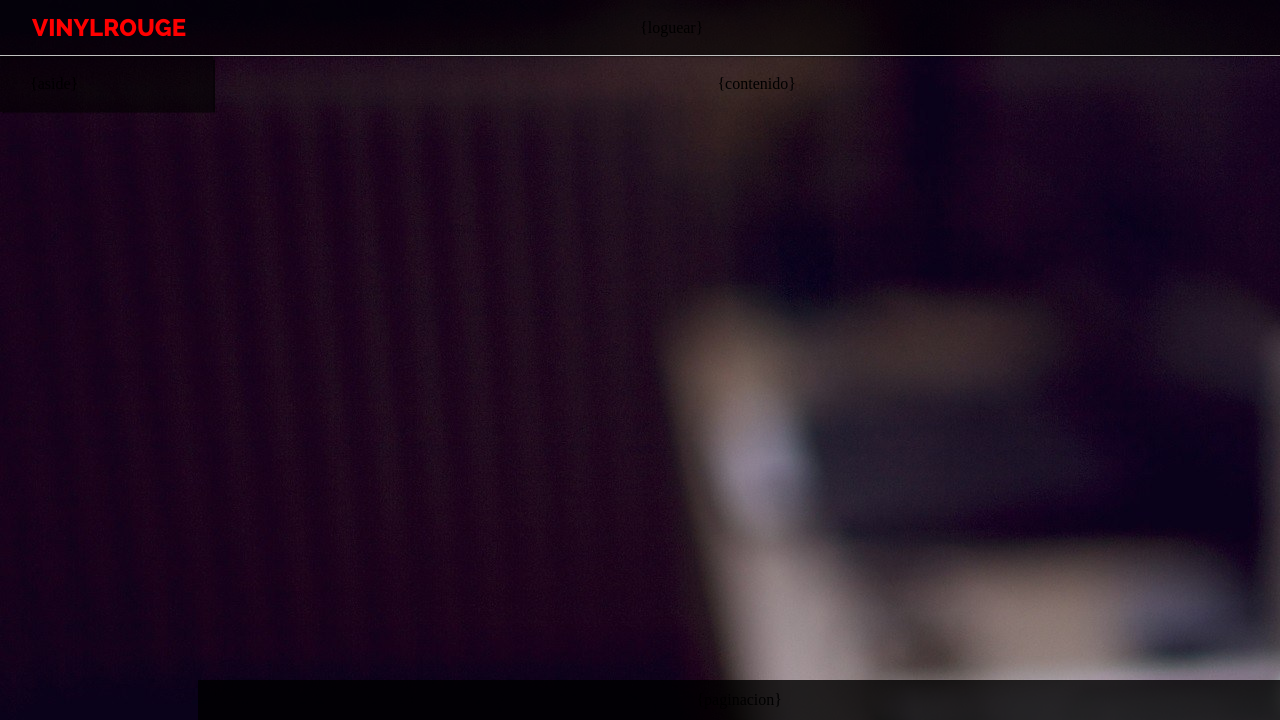
Repository: Miguelfdez79/discos
Page: workspace/template/html/index.html
The author's editor kept a record of every edit. The page is drawn from the files as they stood at one moment, then again after the next edit.
The browser window is 1280 px wide. The pictures show the whole page.
Some web libraries are served in a nearby version.

Above is the page before.

### workspace/template/html/index.html
<DOCTYPE html>
<html lang="es">
<head>
    <meta charset="UTF-8" />
    <title>VinylRouge</title>
    <link rel="stylesheet" href="/template/css/style.css"/>
    <link rel="stylesheet" href="/template/css/reset.css"/>

    <script src="//code.jquery.com/jquery-1.11.2.min.js"></script>
    <script src="/template/js/javascript.js" defer></script>
    <script src="/template/js/jquery.js" defer></script>
    <script src="/template/js/background_changer.js" defer></script>
</head>

<body>
    <div class="container">
        <div class="menu_logueo">
            <div class="left">
                 <a href="/index.php"><h1 id="nombreempresa">VINYL<span id="spanlogo">ROUGE</span></h1></a>
            </div>
             <div class="right">
                 {loguear}
             </div>
        </div>
        <div class="contenedor-datos">
            <div class="menu_aside">
                <div class="container_aside">
                    {aside}
                </div>
            </div>

            <div class="row">

                <div class="contenido">
                    {contenido}
                </div>

                <div class="menu_pie">
                    {paginacion}
                </div>
            </div>
        </div>
    </div>
</body>
<html>

### workspace/template/css/style.css
html{
    width: 100%;
    height: 100%;
}

body{
    width: 100%;
    height: 100%;
    min-width: 320px;
    background-image: url("../img/appbackground.jpg");
    background-repeat: no-repeat;
    background-position: center center;
    background-size: cover;
}

.container{
    width: 100%;
    height: auto;
    min-width: 320px;

    display: flex;
    flex-direction: column;
    justify-content: flex-start;
}

.contenedor-datos{
    width: 100%;
    height: auto;
    min-width: 320px;
    display: flex;
    flex-direction: row;
    justify-content: flex-start;
}


a{
    text-decoration: none;
    color: black;
}

li{
    text-decoration: none;
}


.menu_aside{
    display: flex;
    background-color:rgba(0, 0, 0, 0.6);
    box-shadow: 1.5px 1px 1px 0px rgba(0,0,0,0.75);
    flex: 0 1 20%;
    flex-direction: column;
}

logoname{

}

.row{
    width: 100%;
    display: flex;
    flex-direction: column;
}

.contenido{
    display: flex;
    margin-top: 20px;
    margin-left: 20px;
    height: auto;
    justify-content: space-around;
    align-items: flex-start;
    flex-wrap: wrap;
    height:100%;
}

.container_form{
    text-align: center;
    width: 45%;
    padding: 15px;
    background-color: rgba(0, 0, 0, 0.6);
    border: 1px solid rgba(255, 255, 255, 0.4);
    border-radius: 3px;
}

.menu_pie{
    display: flex;
    height: 10%;
    justify-content: center;
    align-items: center;
    position:fixed;
   right:0px;
   bottom:0px;
   height:40px;
   width:84.5%;
   background-color: rgba(0, 0, 0, 0.8);
}



.container_aside{
    margin: 20px 30px 20px 30px;
}

.aside_usuario{
    margin: 10px 0px 20px;
}

.aside_usuario li{
    padding: 10px 0px;
}

.aside_usuario a{
    font-family: 'Satellite';
    color: white;
    font-size: 1.4em;
}

.aside_disco{
    margin: 20px 0px;
}

.aside_disco_links li{
    padding: 10px 0px;
}

.aside_disco_links a{
    font-family: 'Satellite';
    color: white;
    font-size: 1.2em;
    -webkit-transition: all 0.4s ease;
     transition: all 0.4s ease;
}

.aside_disco_links a:hover{
    color: red;
    -webkit-transition: all 0.4s ease;
     transition: all 0.4s ease;
}

.menu_logueo{
    height: 55px;
    align-items:center;
    justify-content: flex-end;
    display: flex;
    background-color: rgba(0, 0, 0, 0.6);
    box-shadow: 1.5px 1px 1px 0px rgba(0,0,0,0.75);
    flex-direction: row;
    border-bottom: 1px solid silver;
}

.aside_logo{
    margin: 0px 0px 20px 0px;
}

.aside_cerrarsesion a{
    font-family: 'Satellite';
    color: white;
    font-size: 1.4em;
}


.left{
    justify-content:center;
    width: 50%;
    align-items: flex-start;
}

.right{
    justify-content:center;
    width: 50%;
     align-items: flex-end;
}

.left a{
   font-family: Raleway5;
    color: red;
    font-size: 1.5em;
}


.right ul{
    float: right;
    margin-right: 5%;
}

.right a{
   font-family: Raleway2;
    color: #fff;
    font-size: 1.2em;
    -webkit-transition: all 0.4s ease;
     transition: all 0.4s ease;
}

.right a:hover{
    font-family: Raleway;
    color: red;
    font-size: 1.2em;
    -webkit-transition: all 0.8s ease;
    transition: all 0.8s ease;
}

#nombreempresa{
    margin-left: 5%;
}

hr{
    color: silver !important;
    background-color: silver !important;
    height: 1px !important;
}

.aside_disco_buscador{
    margin: 20px 0px;
}

.buscar{
    padding: 5px;
    width: 100%;
    height: 28px;
    border-radius: 2px;
    background-color: transparent;
    color: red;
    border: 1px solid silver;
}

.buscar_submit{
    width: 100%;
    height: 28px;
    font-family: 'Satellite', sans-seri;
    font-size: 1.1em;
    margin: 8px 0px;
    border: none;
    color: red;
    border:1px solid #151617;

    text-shadow: -1px -1px 0 rgba(0,0,0,0.3);
    background-color: #45484d; background-image: -webkit-gradient(linear, left top, left bottom, from(#45484d), to(#000000));
    background-image: -webkit-linear-gradient(top, #45484d, #000000);
    background-image: -moz-linear-gradient(top, #45484d, #000000);
    background-image: -ms-linear-gradient(top, #45484d, #000000);
    background-image: -o-linear-gradient(top, #45484d, #000000);
    background-image: linear-gradient(to bottom, #45484d, #000000);filter:progid:DXImageTransform.Microsoft.gradient(GradientType=0,startColorstr=#45484d, endColorstr=#000000);
    margin-bottom: 10px;
}

.buscar_submit:hover{
     border:1px solid #682720; -webkit-border-radius: 3px; -moz-border-radius: 3px;
     background-color: #2d2f32; background-image: -webkit-gradient(linear, left top, left bottom, from(#2d2f32), to(#1a1a1a));
     background-image: -webkit-linear-gradient(top, #2d2f32, #1a1a1a);
     background-image: -moz-linear-gradient(top, #2d2f32, #1a1a1a);
     background-image: -ms-linear-gradient(top, #2d2f32, #1a1a1a);
     background-image: -o-linear-gradient(top, #2d2f32, #1a1a1a);
     background-image: linear-gradient(to bottom, #2d2f32, #1a1a1a);filter:progid:DXImageTransform.Microsoft.gradient(GradientType=0,startColorstr=#2d2f32, endColorstr=#1a1a1a);
     margin-bottom: 10px;
}

.log_input{
    width: 90%;
    height: 40px;
    margin: 4px 10px;
    padding: 8px;
    border: none;
    border: 2px solid #000000;
    border-radius: 2px;
    background-color: rgba(255,255,255,0.3);
    color: white;
    font-family: Raleway3;
    font-size: 1.3em;
}

input::-webkit-input-placeholder {
    font-family: Raleway;
    font-size: 1.2em;
    padding-left: 8px;
    color: white;
}

input:-webkit-autofill,
input:-webkit-autofill:hover,
input:-webkit-autofill:focus,
input:-webkit-autofill:active {
    transition: background-color 5000s ease-in-out 0s;
}



.log_submit{
    width: 90%;
    height: 45px;
    font-family: 'Satellite', sans-seri;
    font-size: 1.1em;
    margin: 8px 0px;
    border: none;
    color: red;
    border:1px solid #151617;
    text-shadow: -1px -1px 0 rgba(0,0,0,0.3);
    background-color: #45484d; background-image: -webkit-gradient(linear, left top, left bottom, from(#45484d), to(#000000));
    background-image: -webkit-linear-gradient(top, #45484d, #000000);
    background-image: -moz-linear-gradient(top, #45484d, #000000);
    background-image: -ms-linear-gradient(top, #45484d, #000000);
    background-image: -o-linear-gradient(top, #45484d, #000000);
    background-image: linear-gradient(to bottom, #45484d, #000000);filter:progid:DXImageTransform.Microsoft.gradient(GradientType=0,startColorstr=#45484d, endColorstr=#000000);
    cursor: pointer;
}

.log_submit:hover{
    border:1px solid #682720; -webkit-border-radius: 3px; -moz-border-radius: 3px;
     background-color: #2d2f32; background-image: -webkit-gradient(linear, left top, left bottom, from(#2d2f32), to(#1a1a1a));
     background-image: -webkit-linear-gradient(top, #2d2f32, #1a1a1a);
     background-image: -moz-linear-gradient(top, #2d2f32, #1a1a1a);
     background-image: -ms-linear-gradient(top, #2d2f32, #1a1a1a);
     background-image: -o-linear-gradient(top, #2d2f32, #1a1a1a);
     background-image: linear-gradient(to bottom, #2d2f32, #1a1a1a);filter:progid:DXImageTransform.Microsoft.gradient(GradientType=0,startColorstr=#2d2f32, endColorstr=#1a1a1a);
    cursor: pointer;
}


.add_submit{
    width: 90%;
    height: 45px;
    font-family: 'Satellite', sans-seri;
    font-size: 1.1em;
    margin: 8px 0px;
    border: none;
    color: red;
    border:1px solid #151617;
    text-shadow: -1px -1px 0 rgba(0,0,0,0.3);
    background-color: #45484d; background-image: -webkit-gradient(linear, left top, left bottom, from(#45484d), to(#000000));
    background-image: -webkit-linear-gradient(top, #45484d, #000000);
    background-image: -moz-linear-gradient(top, #45484d, #000000);
    background-image: -ms-linear-gradient(top, #45484d, #000000);
    background-image: -o-linear-gradient(top, #45484d, #000000);
    background-image: linear-gradient(to bottom, #45484d, #000000);filter:progid:DXImageTransform.Microsoft.gradient(GradientType=0,startColorstr=#45484d, endColorstr=#000000);
    cursor: pointer;
}

.add_submit:hover{
    border:1px solid #682720; -webkit-border-radius: 3px; -moz-border-radius: 3px;
     background-color: #2d2f32; background-image: -webkit-gradient(linear, left top, left bottom, from(#2d2f32), to(#1a1a1a));
     background-image: -webkit-linear-gradient(top, #2d2f32, #1a1a1a);
     background-image: -moz-linear-gradient(top, #2d2f32, #1a1a1a);
     background-image: -ms-linear-gradient(top, #2d2f32, #1a1a1a);
     background-image: -o-linear-gradient(top, #2d2f32, #1a1a1a);
     background-image: linear-gradient(to bottom, #2d2f32, #1a1a1a);filter:progid:DXImageTransform.Microsoft.gradient(GradientType=0,startColorstr=#2d2f32, endColorstr=#1a1a1a);
    cursor: pointer;
}

h1.titulo_form{
    font-family: Satellite;
    text-shadow: 2px 2px 0 rgba(0,0,0,0.6);
    font-size: 3em;
    text-align: center;
    margin-top: 20px;
    margin-bottom: 30px;
    color: #f1f1f1;
}

/******** FIN FORMULARIO LOGIN ********/

.tablaUsuarios{
    border-collapse: collapse;
    width: 70%;
    background-color: rgba(0, 0, 0, 0.5);
}

.tablaUsuarios table{
    border: 1px solid #A4A4A4;
}

th, td{
    border: 1px solid #A4A4A4;
    padding: 4px 20px;
    text-align: center;
    color: #FAFAFA;
}

th{
    font-weight: bold !important;
    background-color: rgba(255, 255, 255, 0.5);
    font-family:  Raleway3 !important;
}

th p{
    font-family:  Raleway3 !important;
    font-size: 1.5em;
    color: #FAFAFA;
}

td p{
    font-family: 'Satellite';
    font-size: 1.4em;
    color: #FAFAFA;
}

td a{
    font-family: 'Satellite';
    font-size: 1.4em;
    color: #FAFAFA;
    font-style: oblique !important;
}

.elimUsuario{
    font-family: Raleway2;
    font-size: 1.3em;
    color: red;
    text-decoration: none;
    -webkit-transition: all 0.4s ease;
     transition: all 0.4s ease;
}

.elimUsuario:hover{
    font-family: Raleway2;
    font-size: 1.3em;
    color: red;
    text-decoration: underline;
    -webkit-transition: all 0.4s ease;
     transition: all 0.4s ease;
}

.separadormenu{
    background-color: 	#333333 !important;
    color: 	#333333 !important;
    margin-top: 8px;
    margin-bottom: 8px;
}

.estructura-disco{
    width: 130px;
    margin: 20px 10px;
    background-color: rgba(0, 0, 0, 0.5);
    box-shadow: 2px 2px 2px 0px rgba(0,0,0,0.75);
    padding: 15px;
    display: flex;
    justify-content: center;
    align-items: center;
    flex-direction: column;
    -webkit-transition: all 0.4s ease;
    transition: all 0.4s ease;

}

.estructura-disco:hover{
   transform: scale(1.6);
    background-color: rgba(0, 0, 0, 0.8);
   -webkit-transition: all 0.4s ease;
      transition: all 0.4s ease;

}

.cont-img{
    width: 135px;
}

.cont-img img{
    width: 100%;
    object-fit: contain;
    margin: 0 auto;
}

.cont-img img{
    width: 100%;
    overflow: hidden;
    object-fit: contain;
    box-shadow: 3px 3px 3px 0px rgba(0,0,0,0.75);
}

.cont-disco{
    margin: 10px 0px 0px 0px;
}

.cont-disco h1{
    font-family: Raleway2;
    font-size: 1.2em;
    color: red;
    text-align: center;
}

.cont-disco h3{
    font-family: 'Satellite';
    font-size: 1.2em;
    color: white;
    font-style: oblique;
    text-align: center;
    font-weight: normal;
    margin: 5px 5px 5px 0px ;
}

.menu-disco{
    width: 100%;
    bottom: 0;
}

.menu-disco ul{
    display: flex;
    flex-direction: row;
    justify-content: space-around;
}

.menu-disco ul li a{
    font-family: Raleway2;
    font-size: 0.8em;
    color: #A4A4A4;
}


.content-disco{
    width: 70%;
    height: 50%;
    display: flex;
    justify-content: space-between;
}

.content-album{
    width: 50%;

}
.content-album img{
    box-shadow: 3px 3px 3px 0px rgba(0,0,0,0.75);
}
.content-album img{
    height: 100%;
    object-fit: contain;
}

.content-album img{
    object-fit: contain;
}

.content-descripcion{
    width: 50%;
    display: flex;
    flex-direction: column;
    align-items: center;
    justify-content: center;
    font-family: Raleway2;
}

.content-descripcion h1{
    font-size: 5em;
    padding: 20px 0px;
    font-weight: bold;
    text-align: center;
    color: white;
}

.content-descripcion h3{
    font-size: 2.5em;
    padding: 20px 0px;
    font-weight: normal;
    text-align: center;
    color: #E6E6E6;
}

/********** FORMULARIO ADD/EDIT DISCOS ******/

.container_add, .container_edit{
    text-align: center;
    width: 45%;
    padding: 15px;
    background-color: rgba(0, 0, 0, 0.6);
    border: 1px solid rgba(255, 255, 255, 0.4);
    border-radius: 3px;
}

.cont-campos{
    margin: 20px 0px;
    display: flex;
    flex-direction: column;
    align-items: center;
}

.add_input{
    width: 90%;
    height: 40px;
    margin: 4px 10px;
    padding: 8px;
    border: none;
    border: 2px solid #000000;
    border-radius: 2px;
    background-color: rgba(255,255,255,0.3);
    color: white;
    font-family: Raleway3;
    font-size: 1.3em;
}

.cont-subir{
    margin: 0px;
    display: flex;
    flex-direction: column;
    align-items: center;
}

.container_caratula{
}

.file_input{
    text-align: center;
    width: 90%;
    height: 40px;
    margin: 4px 10px;
    padding: 8px;
    border: none;
    border-radius: 4px;
    background-color:silver;
    color: black;
    font-family: Raleway3;
    font-size: 1.3em;
    cursor: pointer;
}


/********************** PAGINACIÓN **************/

.pagin{
    width: 400px;
    display: flex;
    flex-direction: row;
    justify-content: space-between;
}


.navpag{
    font-size:25px;
    color: #fff;
    font-family: Raleway5;
     -webkit-transition: all 0.8s ease;
      transition: all 0.8s ease;
}

.navpag:hover{
    font-size:25px;
    color: red;
    font-family: Raleway5;
     -webkit-transition: all 0.8s ease;
      transition: all 0.8s ease;
}


.checkbus{
    font-size:16px;
    color: #fff;
    font-family: Satellite;
    margin: 10px
}

#radio01{
  font-size:15px;
    color: #fff;
    font-family: Raleway5;
}

#radio02{
    font-size:15px;
    color: #fff;
    font-family: Raleway5;
}

/* ------------------SECCION DE FONTFACE-----------------*/

@font-face {
    font-family: 'Raleway';
    src: url('../fuentes/Raleway-Medium.woff') format('woff');
    font-weight: normal;
    font-style: normal;
}

@font-face {
    font-family: 'Raleway2';
    src: url('../fuentes/Raleway-Light.woff') format('woff');
    font-weight: normal;
    font-style: normal;
}

@font-face {
    font-family: 'Raleway3';
    src: url('../fuentes/Raleway-SemiBold.woff') format('woff');
    font-weight: normal;
    font-style: normal;
}

@font-face {
    font-family: 'Raleway4';
    src: url('../fuentes/Raleway-ExtraLight.woff2') format('woff2');
    font-weight: normal;
    font-style: normal;
}

@font-face {
    font-family: 'Raleway5';
    src: url('../fuentes/Raleway-ExtraBold.woff') format('woff');
    font-weight: normal;
    font-style: normal;
}

@font-face {
    font-family: 'Magna';
    src: url('../fuentes/Magna-BlackCondensed.woff') format('woff');
    font-weight: normal;
    font-style: normal;
}

@font-face {
    font-family: 'Satellite';
    src: url('../fuentes/Satellite.woff') format('woff');
    font-weight: normal;
    font-style: normal;
}

@font-face {
    font-family: 'Voltaire';
    src: url('../fuentes/Voltaire.woff') format('woff');
    font-weight: normal;
    font-style: normal;
}

@font-face {
    font-family: 'latoregular';
    src: url('../fuentes/LatoLatin-Medium.woff') format('woff');
    font-weight: normal;
    font-style: normal;
}

@font-face {
    font-family: 'latolight';
    src: url('../fuentes/LatoLatin-Thin.woff') format('woff');
    font-weight: normal;
    font-style: normal;
}

@font-face {
    font-family: 'kilo';
    src: url('../fuentes/KiloGram.woff') format('woff');
    font-weight: normal;
    font-style: normal;
}

@font-face {
    font-family: 'Futura-Medium';
    src: url('../fuentes/FuturaPTMedium.otf') format('truetype');
    font-weight: bold;
    font-style: normal;
}

@font-face {
    font-family: 'Futura-Book';
    src: url('../fuentes/FuturaPTBook.otf') format('truetype');
    font-weight: normal;
    font-style: normal;
}

@font-face {
    font-family: 'Futura-Light';
    src: url('../fuentes/FuturaPTLight.otf') format('truetype');
    font-weight: normal;
    font-style: normal;
}

### workspace/template/css/reset.css
html, body, div, span, applet, object, iframe,
h1, h2, h3, h4, h5, h6, p, blockquote, pre, a, abbr, acronym, address, big,
cite, code, del, dfn, em, font, img, ins, kbd, q, s, samp, small, strike,
strong, sub, sup, tt, var, dl, dt, dd, ol, ul, li,
fieldset, form, label, legend, table, caption, tbody, tfoot, thead, tr, th, td,
center, u, b, i{vertical-align: baseline border: 0; outline: 0;
                font-weight: normal; font-style: normal; font-size: 100%; font-family: inherit;}
*               {margin: 0; padding: 0}
body            {line-height: 1; height:100%}
:focus          {outline: 0}
ol, ul          {list-style: none}
table           {border-collapse: collapse; border-spacing: 0;}
blockquote, q   {quotes: "" ""}
hr              {border: 0; color: #000; background-color: #000; height:1px}
blockquote:before, blockquote:after, q:before, q:after {content: ""}

### workspace/template/js/javascript.js
function ChangeText(oFileInput, sTargetID) {

    document.getElementById(sTargetID).value = oFileInput.value;
}

### workspace/template/js/jquery.js
/* global $ */

$(document).ready(function(){

    $(".elimDisco").click(function(){
        if(!confirm("¿Realmente quieres borrar el disco?")){
            event.preventDefault();
        } else {
        }
    });

    $(".elimUsuario").click(function(){
        if(!confirm("¿Realmente quieres borrar al usuario?")){
            event.preventDefault();
        } else {
        }
    });

});

### workspace/template/js/background_changer.js
$(function () {
    var body = $('body');
    var backgrounds = [
      'url(/template/img/appbackground.jpg)',
      'url(/template/img/appbackground3.jpg)',
      'url(/template/img/appbackground4.jpg)',
      'url(/template/img/appbackground5.jpg)',
      'url(/template/img/appbackground2.jpg)'];
    var current = 0;

    function nextBackground() {
        body.css(
            'background',
        backgrounds[current = ++current % backgrounds.length]);

        setTimeout(nextBackground, 10000);
    }
    setTimeout(nextBackground, 10000);
    body.css('background', backgrounds[0]);
});

After the next edit:
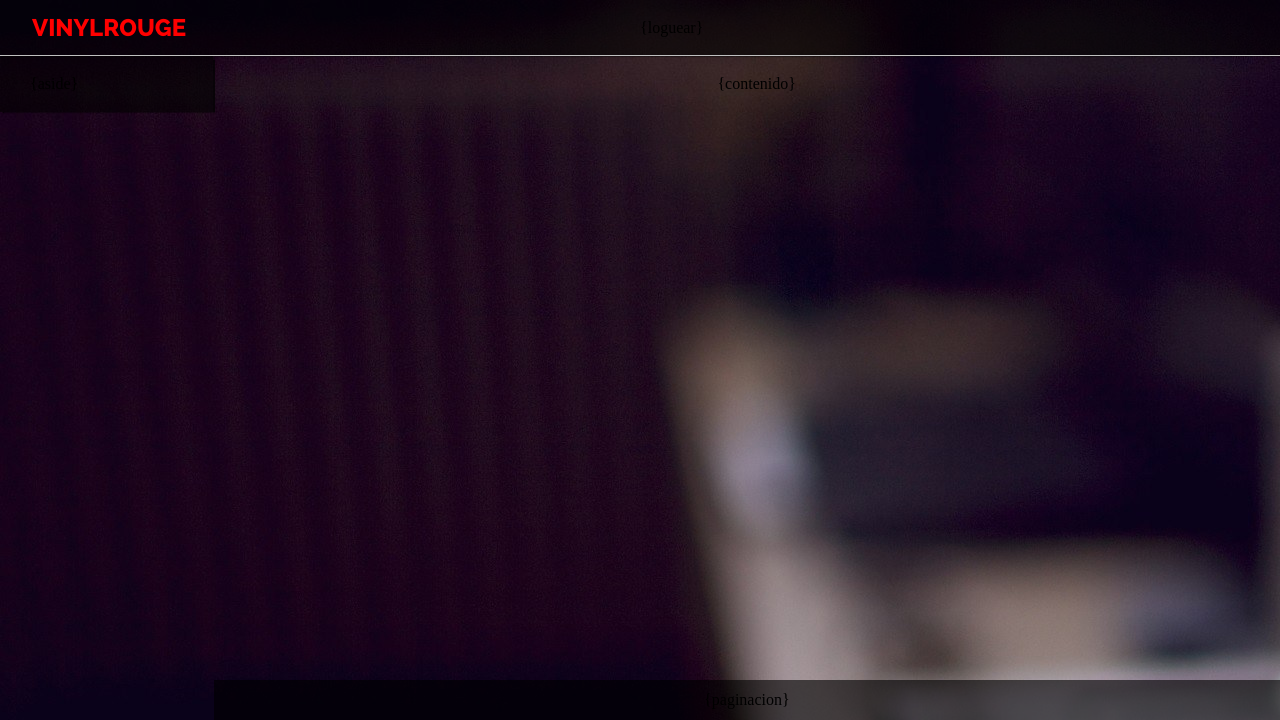
The edit:
--- a/workspace/template/css/style.css
+++ b/workspace/template/css/style.css
@@ -81,17 +81,17 @@
     border-radius: 3px;
 }
 
-.menu_pie{
+.menu_pie {
     display: flex;
     height: 10%;
     justify-content: center;
     align-items: center;
-    position:fixed;
-   right:0px;
-   bottom:0px;
-   height:40px;
-   width:84.5%;
-   background-color: rgba(0, 0, 0, 0.8);
+    position: fixed;
+    right: 0px;
+    bottom: 0px;
+    height: 40px;
+    width: 83.3%;
+    background-color: rgba(0, 0, 0, 0.6);
 }
 
 
